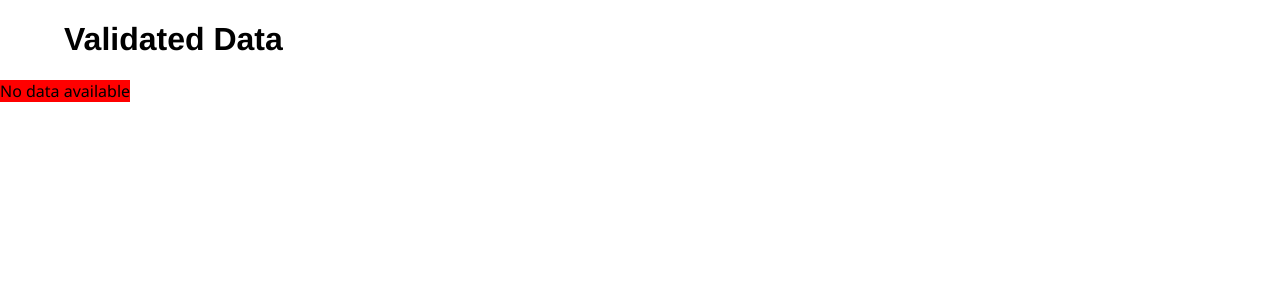
Repository: kaizoku010/mirrorscreenapp
Page: /validate
These files come from the project's save history. The page is drawn as it stood at one moment and after the next save; the edit follows.
The browser window is 1280 px wide. The pictures show the whole page.
The page's requests for data from a server got no answer. The project was rebuilt for these pictures with package versions that can differ from the ones it lists, and the page was loaded fresh each time. No one was signed in, and anything a server would have sent is missing. Also part of the build but not shown: src/App.js, src/atoms/printMe.css, src/temps/TicketTemplate.js, src/atoms/PrintMe.js, src/atoms/homeAtom.css, src/atoms/HomeAtom.js, src/Sections/Home.js.

Above is the page before, as saved 2024-06-18 21:20:58.

After the next save:
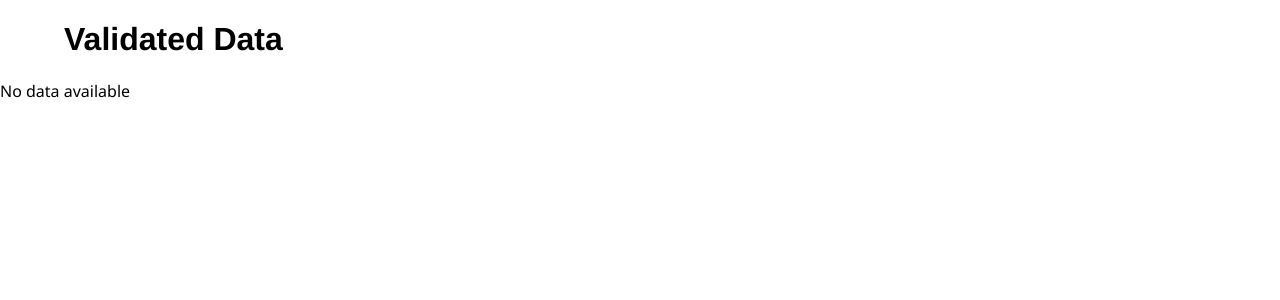
Saved 26 s later.
--- a/src/atoms/valuser.css
+++ b/src/atoms/valuser.css
@@ -39,7 +39,7 @@
 .card-data{
     display: grid;
     grid-template-columns: auto auto;
-    background-color: red;
+    /* background-color: red; */
     width: fit-content;
 }
 

After the save that followed:
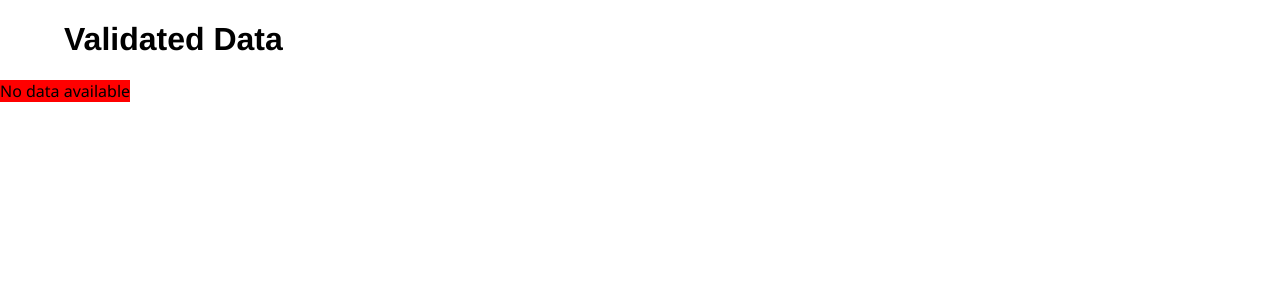
Saved 6 s later.
--- a/src/atoms/valuser.css
+++ b/src/atoms/valuser.css
@@ -39,7 +39,7 @@
 .card-data{
     display: grid;
     grid-template-columns: auto auto;
-    /* background-color: red; */
+    background-color: red;
     width: fit-content;
 }
 
